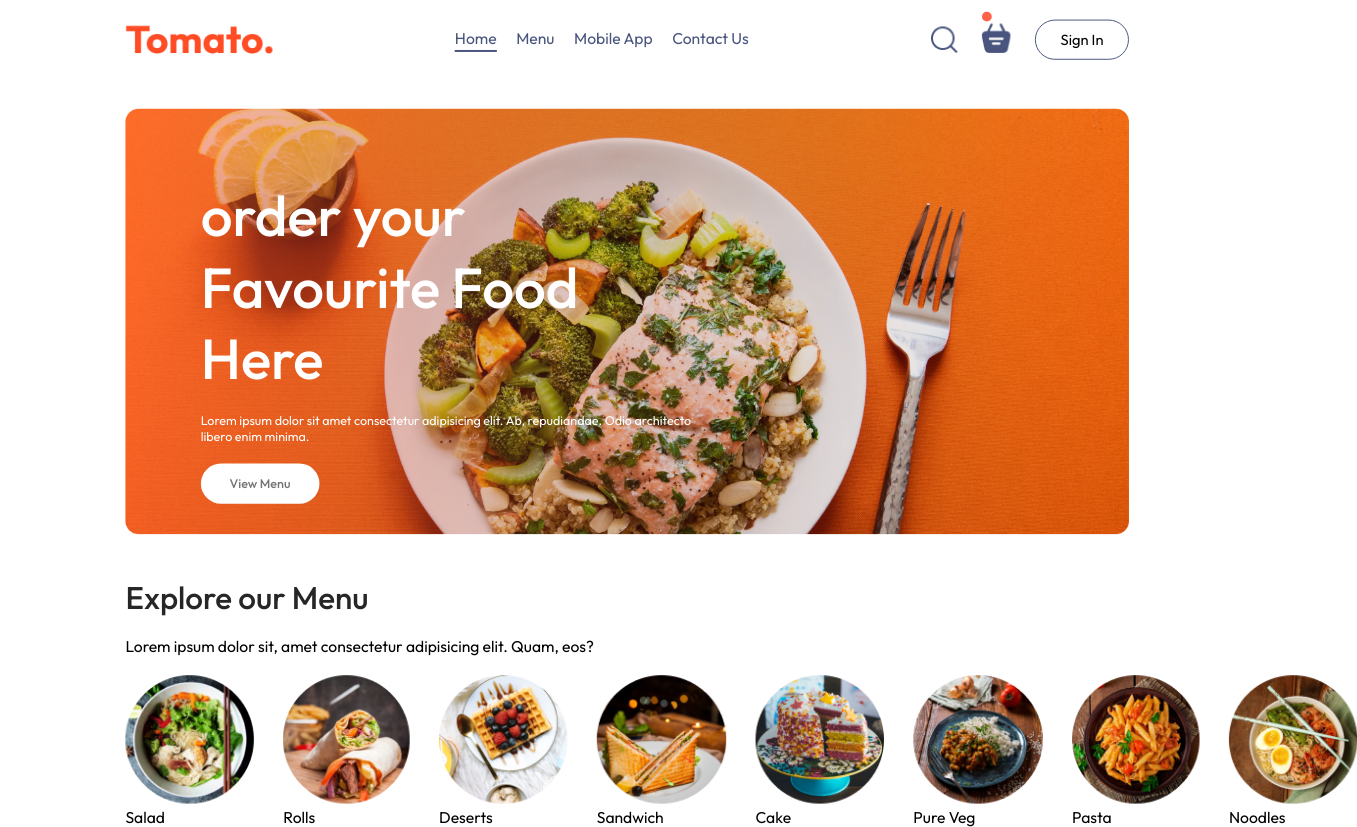
Repository: Attar786/Food-ordering-app
Page: / (app in frontend/)
These files come from the project's save history. The page is drawn as it stood at one moment and after the next save; the edit follows.
The browser window is 1280 px wide. The page is 1385 px wide, then 1280 px, so the pictures cover 1385 px, including what lies to the right of the window. The pictures show the whole page, at 98% of full size.
The project was rebuilt for these pictures with package versions that can differ from the ones it lists, and the page was loaded fresh each time. Also part of the build but not shown: frontend/vite.config.js, frontend/src/pages/Cart/Cart.css, frontend/src/pages/Cart/Cart.jsx, frontend/src/pages/PlaceOrder/PlaceOrder.css, frontend/src/pages/PlaceOrder/PlaceOrder.jsx.

Above is the page before, as saved 2024-07-24 21:24:49.

### frontend/src/main.jsx
import ReactDOM from 'react-dom/client'
import App from './App.jsx'
import './index.css'
import {BrowserRouter} from 'react-router-dom'
ReactDOM.createRoot(document.getElementById('root')).render(
<BrowserRouter>
    <App />
    </BrowserRouter>
)

### frontend/src/App.jsx
import './index.css'
import Navbar from "./components/Navbar/Navbar"
import Home from './pages/Home/Home'
import Cart from './pages/Cart/Cart'
import PlaceOrder from './pages/PlaceOrder/PlaceOrder'
import { Route, Routes } from 'react-router-dom'


function App() {

  return (
    <>

  <div className='app'>
  <Navbar/>
<Routes>
<Route path='/' element={<Home/>}/>
<Route path='/cart' element={<Cart/>}/>
<Route path='/order' element={<PlaceOrder/>}/>

</Routes>
  </div>
    </>
  )
}

export default App

### frontend/src/index.css
@import url('https://fonts.googleapis.com/css2?family=Outfit:wght@100..900&display=swap');


*{
margin: 0;
padding: 0;
 box-sizing: border-box;
 font-family: outfit;
}
body{
height: 100vh;
}
a{
text-decoration: none;
color : inherit;
}
.app{
    width: 80%;
    margin: auto;
}
@keyframes fadeIn{
    0%{
        opacity: 0;
    }
    100%{
        opacity: 1;
    }
}

### frontend/src/components/Navbar/Navbar.jsx
import { useState } from 'react';
import './Navbar.css';
import { assets } from '../../assets/assets';

const Navbar = () => {
  const [menu, setMenu] = useState("home");

  const handleMenuClick = (menuItem) => {
    setMenu(menuItem);
  };

  return (
    <div className="Navbar">
      <img src={assets.logo} alt="Logo" className="logo" />
      <ul className="navbar-menu">
        <li onClick={() => handleMenuClick("home")} className={menu === "home" ? "active" : ""}>Home</li>
        <li onClick={() => handleMenuClick("menu")} className={menu === "menu" ? "active" : ""}>Menu</li>
        <li onClick={() => handleMenuClick("mobile-app")} className={menu === "mobile-app" ? "active" : ""}>Mobile App</li>
        <li onClick={() => handleMenuClick("contact-us")} className={menu === "contact-us" ? "active" : ""}>Contact Us</li>
      </ul>
      <div className="navbar-right">
        <img src={assets.search_icon} alt="search-icon" />
        <div>
          <img src={assets.basket_icon} alt="icons" />
          <div className="dot"></div>
        </div>
        <button>Sign In</button>
      </div>
    </div>
  );
}

export default Navbar;

### frontend/src/pages/Home/Home.jsx
import Header from '../../components/Header/Header'
import ExploreMenu from '../../components/ExploreMenu/ExploreMenu'
import './Home.css'

const Home = () => {
  return (
    <>
<Header/>
<ExploreMenu/>
</>
)
}

export default Home

### frontend/src/components/Navbar/Navbar.css
.Navbar{
    padding: 20px 0;
    display: flex;
    justify-content: space-between;
    align-items: center;
}
.Navbar .logo{
    width: 150px;
}
.navbar-menu{
    display: flex;
    list-style: none;
    gap: 20px;
    font: 18px;
    color: #49557e;
    cursor: pointer;
}
.navbar-right{
    display: flex;
    align-items: center;
    gap: 25px;

}
.Navbar button{
    font-size: 15px;
    border: 1px solid #49557e;
    background: transparent;
    padding: 10px 25px;
    cursor: pointer;
    border-radius: 40px;
    transition: 0.3s;
}
.Navbar button:hover{
    background-color: #fff4f2;
}
.Navbar .navbar-menu .active{
    padding-bottom: 2px;
    border-bottom: 2px solid #49557e;

}
.search-icon{
    position: relative;
}
/* .search-icon .dot{ */
    /* position: absolute;
    top: -5px;
    right: -5px;
    width: 10px;
    height: 10px;
    background-color: blue;
    border-radius: 50%;
} */
.dot {
    position: absolute;
    top: 12px; /* Adjust as needed */
    right: 268px; /* Adjust as needed */
    width: 10px;
    height: 10px;

    background-color: tomato;
    border-radius: 50%;
  }

### frontend/src/assets/assets.js
import basket_icon from './basket_icon.png'
import logo from './logo.png'
import header_img from './header_img.png'
import search_icon from './search_icon.png'
import menu_1 from './menu_1.png'
import menu_2 from './menu_2.png'
import menu_3 from './menu_3.png'
import menu_4 from './menu_4.png'
import menu_5 from './menu_5.png'
import menu_6 from './menu_6.png'
import menu_7 from './menu_7.png'
import menu_8 from './menu_8.png'

import food_1 from './food_1.png'
import food_2 from './food_2.png'
import food_3 from './food_3.png'
import food_4 from './food_4.png'
import food_5 from './food_5.png'
import food_6 from './food_6.png'
import food_7 from './food_7.png'
import food_8 from './food_8.png'
import food_9 from './food_9.png'
import food_10 from './food_10.png'
import food_11 from './food_11.png'
import food_12 from './food_12.png'
import food_13 from './food_13.png'
import food_14 from './food_14.png'
import food_15 from './food_15.png'
import food_16 from './food_16.png'
import food_17 from './food_17.png'
import food_18 from './food_18.png'
import food_19 from './food_19.png'
import food_20 from './food_20.png'
import food_21 from './food_21.png'
import food_22 from './food_22.png'
import food_23 from './food_23.png'
import food_24 from './food_24.png'
import food_25 from './food_25.png'
import food_26 from './food_26.png'
import food_27 from './food_27.png'
import food_28 from './food_28.png'
import food_29 from './food_29.png'
import food_30 from './food_30.png'
import food_31 from './food_31.png'
import food_32 from './food_32.png'

import add_icon_white from './add_icon_white.png'
import add_icon_green from './add_icon_green.png'
import remove_icon_red from './remove_icon_red.png'
import app_store from './app_store.png'
import play_store from './play_store.png'
import linkedin_icon from './linkedin_icon.png'
import facebook_icon from './facebook_icon.png'
import twitter_icon from './twitter_icon.png'
import cross_icon from './cross_icon.png'
import selector_icon from './selector_icon.png'
import rating_starts from './rating_starts.png'
import profile_icon from './profile_icon.png'
import bag_icon from './bag_icon.png'
import logout_icon from './logout_icon.png'
import parcel_icon from './parcel_icon.png'

export const assets = {
    logo,
    basket_icon,
    header_img,
    search_icon,
    rating_starts,
    add_icon_green,
    add_icon_white,
    remove_icon_red,
    app_store,
    play_store,
    linkedin_icon,
    facebook_icon,
    twitter_icon,
    cross_icon,
    selector_icon,
    profile_icon,
    logout_icon,
    bag_icon,
    parcel_icon
}

export const menu_list = [
    {
        menu_name: "Salad",
        menu_image: menu_1
    },
    {
        menu_name: "Rolls",
        menu_image: menu_2
    },
    {
        menu_name: "Deserts",
        menu_image: menu_3
    },
    {
        menu_name: "Sandwich",
        menu_image: menu_4
    },
    {
        menu_name: "Cake",
        menu_image: menu_5
    },
    {
        menu_name: "Pure Veg",
        menu_image: menu_6
    },
    {
        menu_name: "Pasta",
        menu_image: menu_7
    },
    {
        menu_name: "Noodles",
        menu_image: menu_8
    }]

export const food_list = [
    {
        _id: "1",
        name: "Greek salad",
        image: food_1,
        price: 12,
        description: "Food provides essential nutrients for overall health and well-being",
        category: "Salad"
    },
    {
        _id: "2",
        name: "Veg salad",
        image: food_2,
        price: 18,
        description: "Food provides essential nutrients for overall health and well-being",
        category: "Salad"
    }, {
        _id: "3",
        name: "Clover Salad",
        image: food_3,
        price: 16,
        description: "Food provides essential nutrients for overall health and well-being",
        category: "Salad"
    }, {
        _id: "4",
        name: "Chicken Salad",
        image: food_4,
        price: 24,
        description: "Food provides essential nutrients for overall health and well-being",
        category: "Salad"
    }, {
        _id: "5",
        name: "Lasagna Rolls",
        image: food_5,
        price: 14,
        description: "Food provides essential nutrients for overall health and well-being",
        category: "Rolls"
    }, {
        _id: "6",
        name: "Peri Peri Rolls",
        image: food_6,
        price: 12,
        description: "Food provides essential nutrients for overall health and well-being",
        category: "Rolls"
    }, {
        _id: "7",
        name: "Chicken Rolls",
        image: food_7,
        price: 20,
        description: "Food provides essential nutrients for overall health and well-being",
        category: "Rolls"
    }, {
        _id: "8",
        name: "Veg Rolls",
        image: food_8,
        price: 15,
        description: "Food provides essential nutrients for overall health and well-being",
        category: "Rolls"
    }, {
        _id: "9",
        name: "Ripple Ice Cream",
        image: food_9,
        price: 14,
        description: "Food provides essential nutrients for overall health and well-being",
        category: "Deserts"
    }, {
        _id: "10",
        name: "Fruit Ice Cream",
        image: food_10,
        price: 22,
        description: "Food provides essential nutrients for overall health and well-being",
        category: "Deserts"
    }, {
        _id: "11",
        name: "Jar Ice Cream",
        image: food_11,
        price: 10,
        description: "Food provides essential nutrients for overall health and well-being",
        category: "Deserts"
    }, {
        _id: "12",
        name: "Vanilla Ice Cream",
        image: food_12,
        price: 12,
        description: "Food provides essential nutrients for overall health and well-being",
        category: "Deserts"
    },
    {
        _id: "13",
        name: "Chicken Sandwich",
        image: food_13,
        price: 12,
        description: "Food provides essential nutrients for overall health and well-being",
        category: "Sandwich"
    },
    {
        _id: "14",
        name: "Vegan Sandwich",
        image: food_14,
        price: 18,
        description: "Food provides essential nutrients for overall health and well-being",
        category: "Sandwich"
    }, {
        _id: "15",
        name: "Grilled Sandwich",
        image: food_15,
        price: 16,
        description: "Food provides essential nutrients for overall health and well-being",
        category: "Sandwich"
    }, {
        _id: "16",
        name: "Bread Sandwich",
        image: food_16,
        price: 24,
        description: "Food provides essential nutrients for overall health and well-being",
        category: "Sandwich"
    }, {
        _id: "17",
        name: "Cup Cake",
        image: food_17,
        price: 14,
        description: "Food provides essential nutrients for overall health and well-being",
        category: "Cake"
    }, {
        _id: "18",
        name: "Vegan Cake",
        image: food_18,
        price: 12,
        description: "Food provides essential nutrients for overall health and well-being",
        category: "Cake"
    }, {
        _id: "19",
        name: "Butterscotch Cake",
        image: food_19,
        price: 20,
        description: "Food provides essential nutrients for overall health and well-being",
        category: "Cake"
    }, {
        _id: "20",
        name: "Sliced Cake",
        image: food_20,
        price: 15,
        description: "Food provides essential nutrients for overall health and well-being",
        category: "Cake"
    }, {
        _id: "21",
        name: "Garlic Mushroom ",
        image: food_21,
        price: 14,
        description: "Food provides essential nutrients for overall health and well-being",
        category: "Pure Veg"
    }, {
        _id: "22",
        name: "Fried Cauliflower",
        image: food_22,
        price: 22,
        description: "Food provides essential nutrients for overall health and well-being",
        category: "Pure Veg"
    }, {
        _id: "23",
        name: "Mix Veg Pulao",
        image: food_23,
        price: 10,
        description: "Food provides essential nutrients for overall health and well-being",
        category: "Pure Veg"
    }, {
        _id: "24",
        name: "Rice Zucchini",
        image: food_24,
        price: 12,
        description: "Food provides essential nutrients for overall health and well-being",
        category: "Pure Veg"
    },
    {
        _id: "25",
        name: "Cheese Pasta",
        image: food_25,
        price: 12,
        description: "Food provides essential nutrients for overall health and well-being",
        category: "Pasta"
    },
    {
        _id: "26",
        name: "Tomato Pasta",
        image: food_26,
        price: 18,
        description: "Food provides essential nutrients for overall health and well-being",
        category: "Pasta"
    }, {
        _id: "27",
        name: "Creamy Pasta",
        image: food_27,
        price: 16,
        description: "Food provides essential nutrients for overall health and well-being",
        category: "Pasta"
    }, {
        _id: "28",
        name: "Chicken Pasta",
        image: food_28,
        price: 24,
        description: "Food provides essential nutrients for overall health and well-being",
        category: "Pasta"
    }, {
        _id: "29",
        name: "Buttter Noodles",
        image: food_29,
        price: 14,
        description: "Food provides essential nutrients for overall health and well-being",
        category: "Noodles"
    }, {
        _id: "30",
        name: "Veg Noodles",
        image: food_30,
        price: 12,
        description: "Food provides essential nutrients for overall health and well-being",
        category: "Noodles"
    }, {
        _id: "31",
        name: "Somen Noodles",
        image: food_31,
        price: 20,
        description: "Food provides essential nutrients for overall health and well-being",
        category: "Noodles"
    }, {
        _id: "32",
        name: "Cooked Noodles",
        image: food_32,
        price: 15,
        description: "Food provides essential nutrients for overall health and well-being",
        category: "Noodles"
    }
]

### frontend/src/components/Header/Header.jsx
import "./Header.css";
const Header = () => {
  return (
    <div className="header">
      <div className="header-contents">
        <h2>order your Favourite Food Here</h2>
        <p>
          Lorem ipsum dolor sit amet consectetur adipisicing elit. Ab,
          repudiandae. Odio architecto libero enim minima.
        </p>
        <button>View Menu</button>
      </div>
    </div>
  );
};

export default Header;

### frontend/src/components/ExploreMenu/ExploreMenu.jsx
import './ExploreMenu.css'
import {menu_list} from '../../assets/assets';

const ExploreMenu = () => {
  return (
    <div className='explore-menu' id='explore-menu'>
      <h1 className='explore-menu-title'>Explore our Menu</h1>
      <p className='explore-menu-text'>Lorem ipsum dolor sit, amet consectetur adipisicing elit. Quam, eos?</p>
      <div className='explore-menu-list'>
        {menu_list.map((item, index) => {
          return (
            <div key={index} className='explore-menu-list-item'>
              <img src={item.menu_image} alt="" />
              <p>{item.menu_name}</p>
            </div>
          )
        })}
      </div>
    </div>
  )
}

export default ExploreMenu;

### frontend/src/components/Header/Header.css
.header{
    height: 35vw;
    margin: 30px auto;
    background: url('/header_img.png') no-repeat;
    background-size: contain;
    position: relative;
}
.header-contents{
position: absolute;
display: flex;
flex-direction: column;
align-items: start;
gap: 1.5vw;
max-width: 50%;
bottom: 10%;
left: 6vw;
animation: fadeIn 3s;
}

.header-contents h2{
    font-weight: 500;
    color: white;
    font-size: max(4.5vw, 22px);
}
.header-contents p{
    color: white;
    font-size: 1vw;

}
.header-contents button{
    font-weight: 500;
    color: #747474;
    border: none;
    padding: 1vw 2.3vw;
    background-color: white;
    border-radius: 50px;
    font-size: max(1vw,12px);


}

### frontend/src/components/ExploreMenu/ExploreMenu.css
.explore-menu{
    display: flex;
    flex-direction: column;
    gap: 20px;
}
.explore-menu h1{
    color: #262626;
    font-weight: 500;
}
.explore-menu-text{
    max-width: 60%;
    columns: #808080;
}
.explore-menu-list {
    display: flex;
    justify-content: space-between;
    align-items:center;
    gap: 30px;
}

Loaded but not shown: frontend/index.html (common file); frontend/src/pages/Home/Home.css (no stored copy; drawn as an empty file)

After the next save:
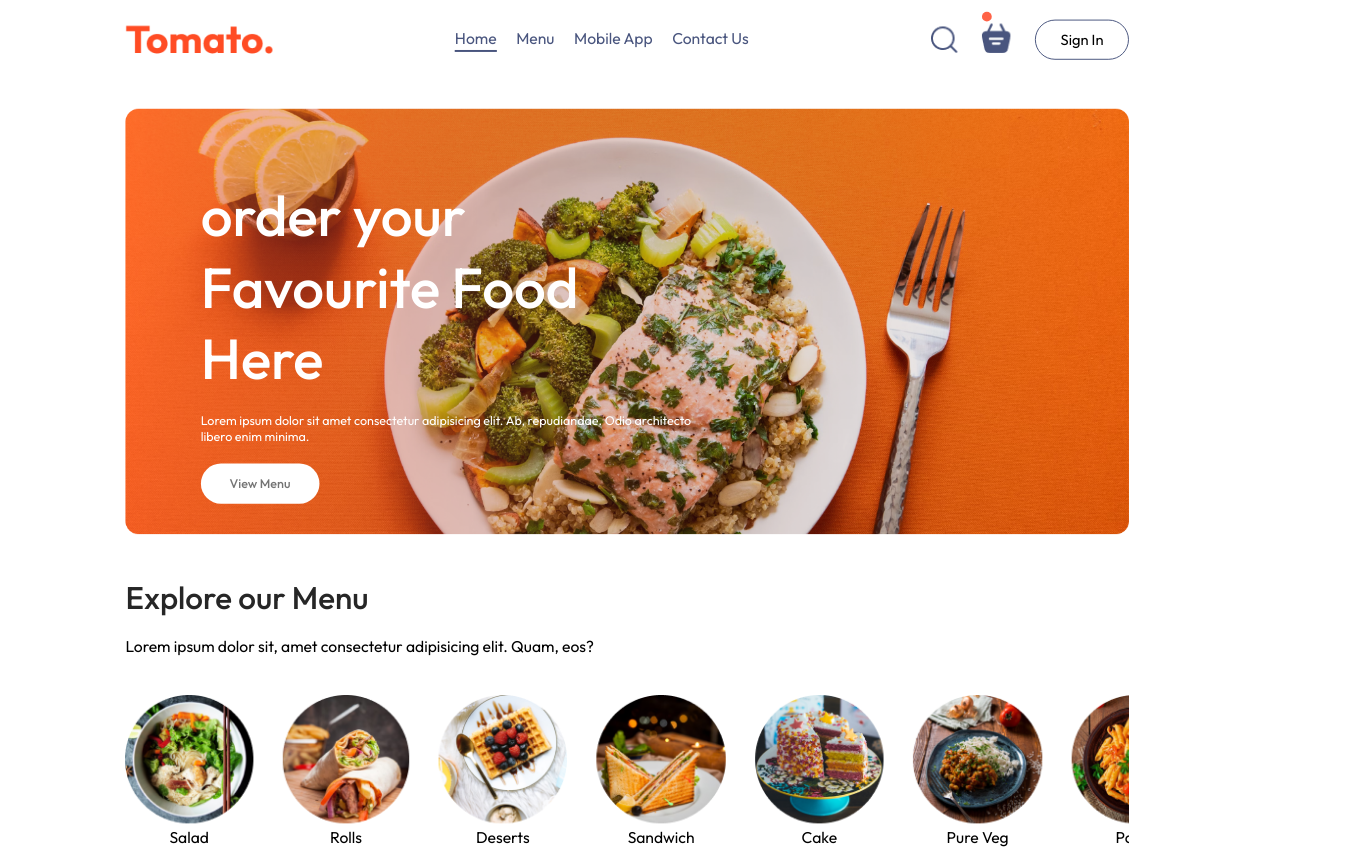
Saved 53 s later.
--- a/frontend/src/components/ExploreMenu/ExploreMenu.css
+++ b/frontend/src/components/ExploreMenu/ExploreMenu.css
@@ -16,4 +16,7 @@
     justify-content: space-between;
     align-items:center;
     gap: 30px;
+    text-align: center;
+    margin: 20px 0px;
+    overflow: scroll;
 }
